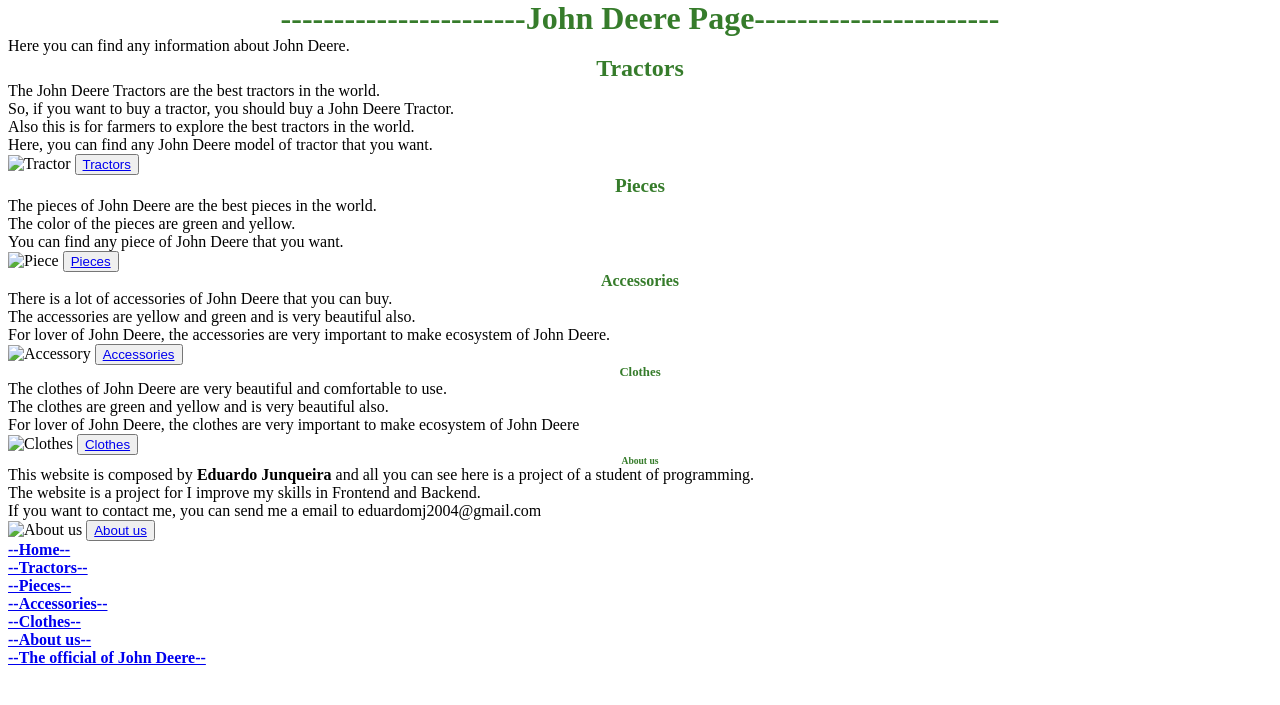
Repository: EduardoJunqueira2004/WEBJohnDeere
Page: HTML/index.html
An editor plug-in stored every save of this project. The page is shown before and after the next save, followed by the edit.
The browser window is 1280 px wide. The pictures show the whole page.

Above is the page before, as saved 2024-12-07 16:08:56.

After the next save:
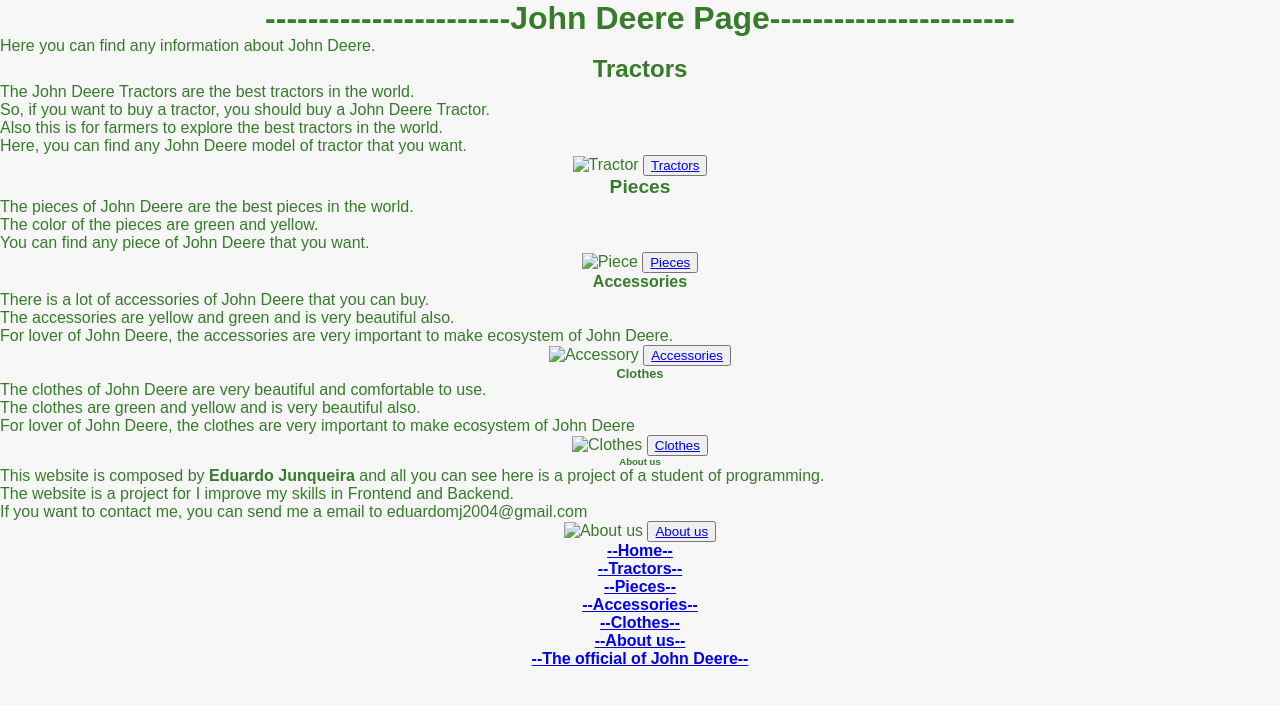
Saved 13 s later.
--- a/CSS/index.css
+++ b/CSS/index.css
@@ -1,7 +1,15 @@
 /* This file contains the CSS for the index.html file */
 /*John Deere green and yellow */
 /*propriedades redundadntes*/
-
+body {
+    background-color: #f7f7f7;
+    color: #367C2B;
+    font-family: Arial, sans-serif;
+    font-size: 1em;
+    margin: 0;
+    padding: 0;
+    text-align: center;
+    }
 * {
     margin-top: 0;
     margin-bottom: 0;
